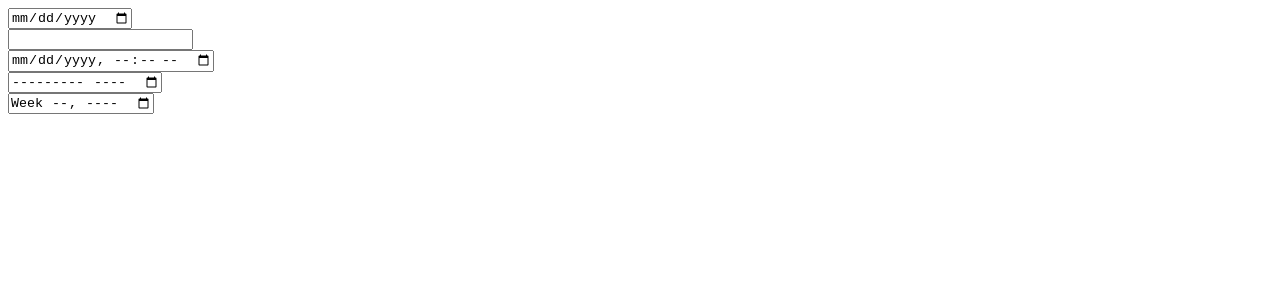
Repository: xiangyu-lin/Python_module
Page: demo/09-dateAndTime/9-7.html
The author's editor kept a copy of each file at every save. The page is drawn from the files as they stood at one save, then again after the next save.
The browser window is 1280 px wide. The pictures show the whole page.

Above is the page before, as saved 2018-08-21 10:00:42.

After the next save:
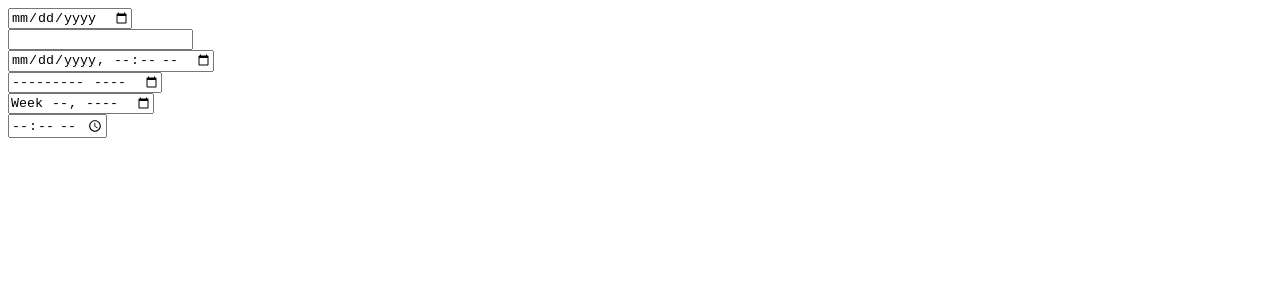
Saved 2 min 12 s later.
--- a/demo/09-dateAndTime/9-7.html
+++ b/demo/09-dateAndTime/9-7.html
@@ -17,5 +17,8 @@
 
 	<!-- 第多少周 -->
 	<input type="week" name="week" id=""><br>
+
+	<!-- 时间 -->
+	<input type="time" name="time" id=""><br>
 </body>
 </html>
